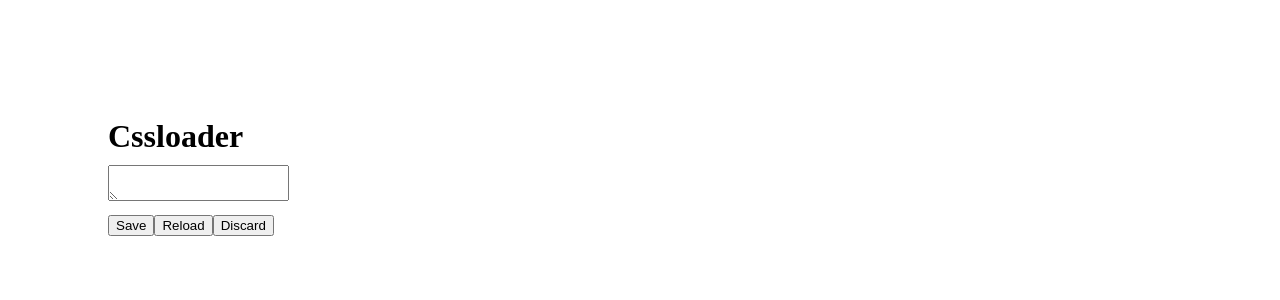
Repository: officialErnests/cssLoader
Page: popup.html
The author's editor kept a copy of each file at every save. The page is drawn from the files as they stood at one save, then again after the next save.
The browser window is 1280 px wide. The pictures show the whole page.

Above is the page before, as saved 2026-06-19 13:28:52.
Console error: TypeError: Cannot read properties of null (reading 'addEventListener')

### popup.html
<!DOCTYPE html>
<html>
    <header>
        <link rel="stylesheet" href="style.css">
    </header>
    <body>
        <script src="popup.js"></script>
        <h1>Cssloader</h1>
        <div>
            <textarea name="css" id="css"></textarea>
        </div>
        <div class="buttons">
            <button>Save</button>
            <button>Reload</button>
            <button>Discard</button>
        </div>
    </body>
</html>

### style.css
body {
    display: flex;
    flex-direction: column;
    gap: 10px;
    padding: 100px;
    overflow: hidden;
    width: 200px;
    height: 200px;
}
* {

    box-sizing: border-box;
}
h1 {
    margin: 0;
}
.buttons {
    display: flex;
    justify-content: space-between;
}
textarea {
    direction: rtl;
}

### popup.js
document.getElementById("show").addEventListener("click", async () => {

});

After the next save:
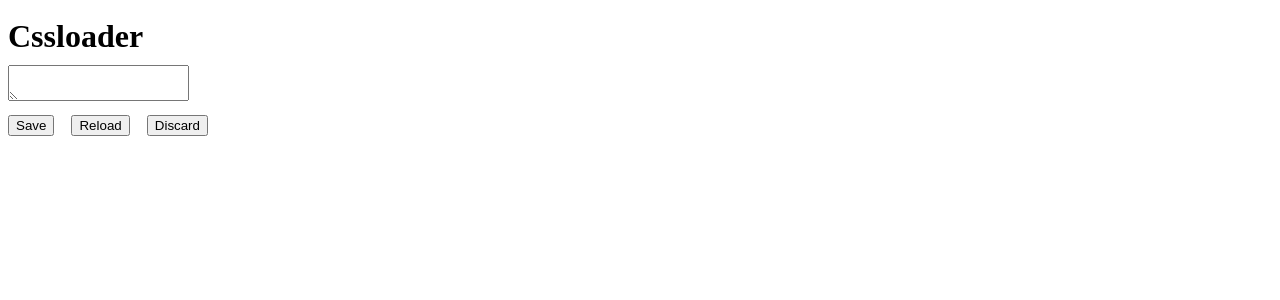
Saved 10 s later.
--- a/style.css
+++ b/style.css
@@ -2,7 +2,6 @@ body {
     display: flex;
     flex-direction: column;
     gap: 10px;
-    padding: 100px;
     overflow: hidden;
     width: 200px;
     height: 200px;
